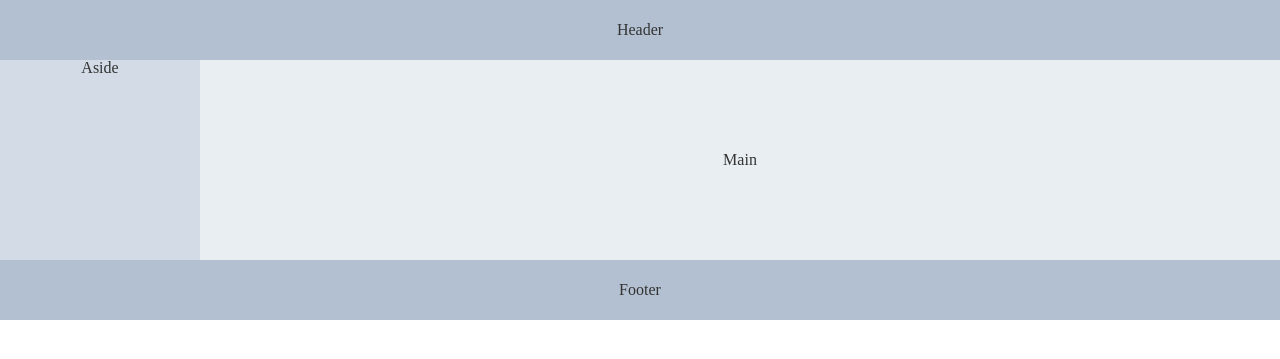
Repository: Trayvon21/cnode
Page: /
The author's editor kept a copy of each file at every save. The page is drawn from the files as they stood at one save, then again after the next save.
The browser window is 1280 px wide. The pictures show the whole page.
The project was rebuilt for these pictures with package versions that can differ from the ones it lists, and the page was loaded fresh each time. Also part of the build but not shown: vue.config.js, src/views/main/Main.vue.

Above is the page before, as saved 2019-12-16 13:28:55.

After the next save:
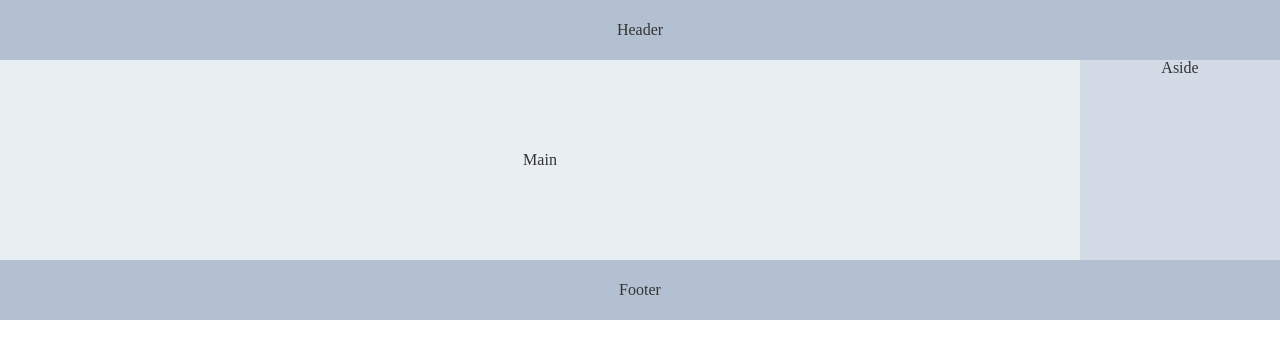
Saved 14 s later.
--- a/src/views/Home.vue
+++ b/src/views/Home.vue
@@ -3,8 +3,8 @@
     <el-container>
       <el-header>Header</el-header>
       <el-container>
-    <el-aside width="200px">Aside</el-aside>
-  <el-main>Main</el-main>
+        <el-main>Main</el-main>
+        <el-aside width="200px">Aside</el-aside>
       </el-container>
       <el-footer>Footer</el-footer>
     </el-container>
